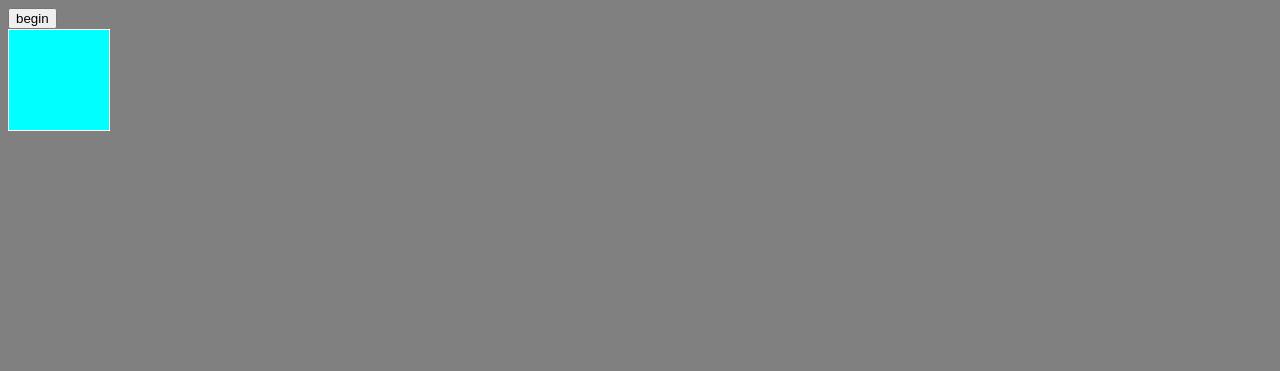
Repository: albinsabu2023/Stopwatch-program
Page: index.html
The author's editor kept a copy of each file at every save. The page is drawn from the files as they stood at one save, then again after the next save.
The browser window is 1280 px wide. The pictures show the whole page.
After loading, the first visible `#button` was clicked once.

Above is the page before, as saved 2023-03-03 19:44:50.

### index.html
<!DOCTYPE html>

<head>
    <meta charset="UTF-8">
    <meta http-equiv="X-UA-Compatible" content="IE=edge">
    <meta name="viewport" content="width=device-width, initial-scale=1.0">
    <link rel="stylesheet" href="style.css">
    <title>Document</title>
</head>
    <button id="button">begin</button>
   <div id="div"></div>

    <script src="index.js"></script>
</body>
</html>

### style.css
body{
color:white;
background-color: gray;
}
#div{
    background-color: aqua;
    height: 100px;
    width: 100px;
    position: relative;
    border: 1px solid;

}

### index.js
//event handlers addEventlistner
//---------------------------
// const innerdiv = document.getElementById("innerdiv");
// const outerdiv = document.getElementById("outerdiv");
// innerdiv.addEventListener("click", changeRed);

// outerdiv.addEventListener("click", changeRed);

// function changeRed() {
//   alert(`you selected ${this.id}`);
//   this.style.backgroundColor = "red";
// }

//toggle the image using a button
//----------------------------
// let img = document.querySelector("#image");
// let bt = document.querySelector("#button");
// bt.addEventListener("click", () => {
//   if (img.style.display == "none") {
//     img.style.display = "block";
//   } else {
//     img.style.display = "none";
//   }
// });
///or

// let img = document.querySelector("#image");
// let bt = document.querySelector("#button");
// bt.addEventListener("click", () => {
//   if (img.style.visibility == "hidden") {
//     img.style.visibility = "visible";
//   } else {
//     img.style.visibility = "hidden";
//   }
// });

//KEY  LISTNER to move a div

// let x = 0;
// let y = 0;
// const div = document.getElementById("div");
// window.addEventListener("keydown", changePos);
// function changePos(event) {
//   switch (event.key) {
//     case "ArrowDown":
//       y += 5;
//       div.style.top = y + "px";
//       break;
//     case "ArrowUp":
//       y -= 5;
//       div.style.top = y + "px";
//       break;
//     case "ArrowRight":
//       x += 5;
//       div.style.left = x + "px";
//       break;
//     case "ArrowLeft":
//       x -= 5;
//       div.style.left = x + "px";
//       break;
//     default:
//       break;
//   }
// }

//DIAGONEL ANIMATION
//----------------------
// const btn = document.getElementById("button");
// const div = document.getElementById("div");
// btn.addEventListener("click", begin);
// function begin() {
//   let x = 0;
//   let y = 0;
//   let timer = null;
//   timer = setInterval(frame, 5);
//   function frame() {
//     if (x >= 200 || y > 200) {
//       clearInterval(timer);
//     } else {
//       x += 1;
//       y += 1;
//       div.style.left = x + "px";
//       div.style.top = y + "px";
//     }
//   }
// }

const btn = document.getElementById("button");
const div = document.getElementById("div");

btn.addEventListener("click", move);
function move() {
  let x = 0;
  let y = 0;
  let timer = null;
  timer = setInterval(frame, 5);
  function frame() {
    if (x > 200 || y < 200) {
      clearInterval(timer);
    } else {
      x += 1;
      y += 1;
      div.style.left = x + "px";
      div.style.top = y + "px";
    }
  }
}

After the next save:
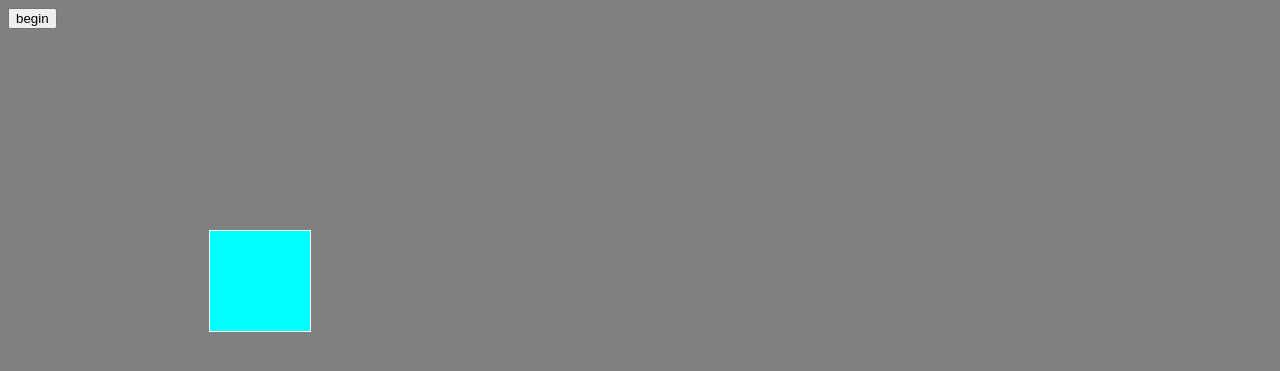
Saved 8 s later.
--- a/index.js
+++ b/index.js
@@ -95,7 +95,7 @@
   let timer = null;
   timer = setInterval(frame, 5);
   function frame() {
-    if (x > 200 || y < 200) {
+    if (x > 200 || y > 200) {
       clearInterval(timer);
     } else {
       x += 1;

After the save that followed:
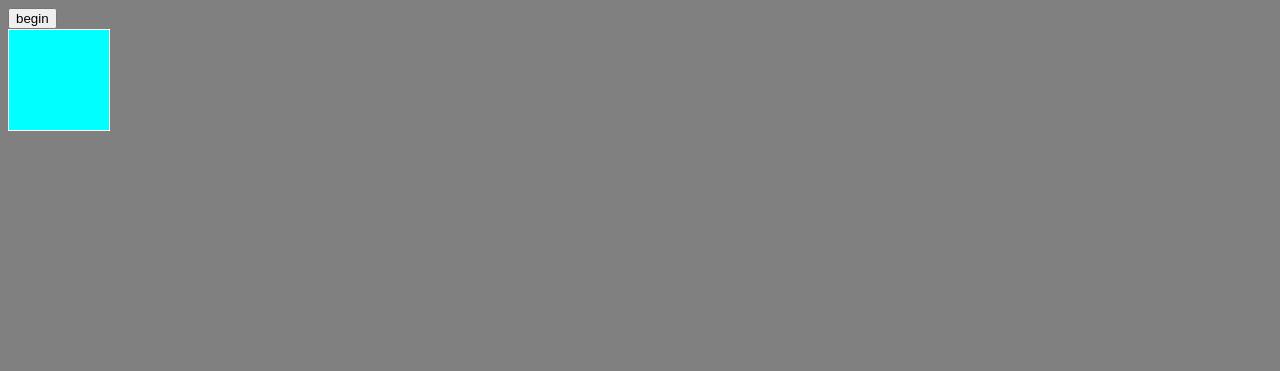
Console error: ReferenceError: degree is not defined
Saved 67 s later.
--- a/index.js
+++ b/index.js
@@ -92,15 +92,16 @@
 function move() {
   let x = 0;
   let y = 0;
+  let degrees = 0;
   let timer = null;
   timer = setInterval(frame, 5);
   function frame() {
-    if (x > 200 || y > 200) {
+    if (degree > 360) {
       clearInterval(timer);
     } else {
       x += 1;
       y += 1;
-      div.style.left = x + "px";
+      div.style.transform = rotate;
       div.style.top = y + "px";
     }
   }
